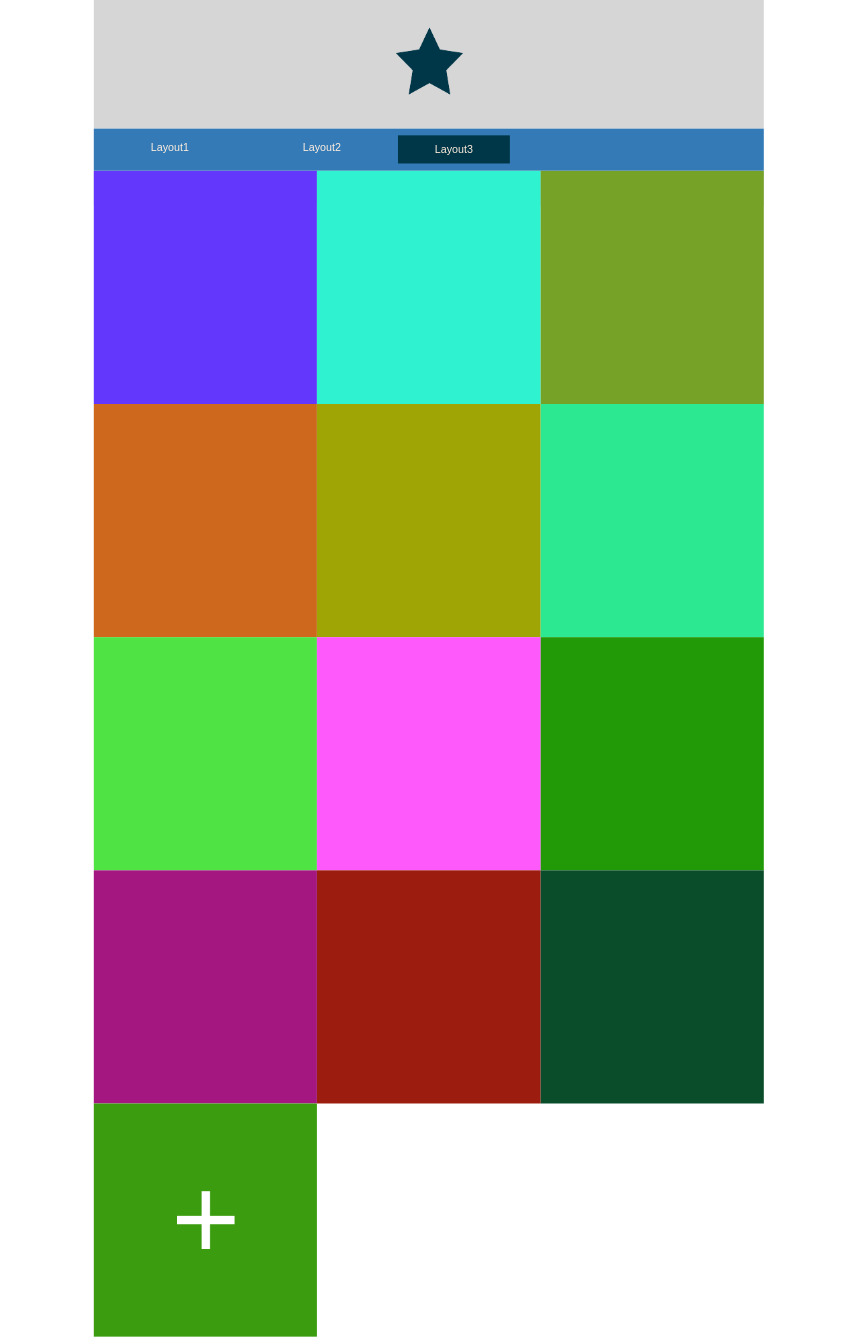
Repository: baliayassin/MyGame
Page: Documents/Aptana Studio 3 Workspace/homeWork2/layOut3.html
The author's editor kept a copy of each file at every save. The page is drawn from the files as they stood at one save, then again after the next save.
The browser window is 1280 px wide. The pictures show the whole page, at 67% of full size.
Some web libraries are served in a nearby version.

Above is the page before, as saved 2017-12-14 09:17:43.

### Documents/Aptana Studio 3 Workspace/homeWork2/layOut3.html
<!DOCTYPE html >
<html>



	<head>

		<title> HomeWork2</title>
		<link rel="stylesheet" href="includes/style.css" />
		<script src="https://code.jquery.com/jquery-3.2.1.min.js"
  integrity="sha256-hwg4gsxgFZhOsEEamdOYGBf13FyQuiTwlAQgxVSNgt4="
  crossorigin="anonymous"></script>
  <meta name="viewport" content="width=device-width,initial-scale=1">
		<script src="includes/main.js"></script>
		<meta charset="utf-8" />
	</head>

	<body id="wrapper3">

		<header>
	       <a href="layOut3.html"> </a>
        </header>



            <nav >
				<ul>
					<li> <a  href="index.html">Layout1 </a> </li>
					<li> <a  href="layOut2.html">Layout2 </a></li>
					<li> <span> <a  href="layOut3">Layout3 </a> </span></li>
				</ul>


			</nav>


  <main ></main>




	<div class="clear"></div>
     <footer> </footer>
	</body>




</html>

### Documents/Aptana Studio 3 Workspace/homeWork2/includes/style.css
*{
	margin:0px;
	padding: 0px;
}

main, nav, aside, footer, section, article, header {
	display:  block;

}

#wrapper {
	margin: 0px auto;
	width: 1000px;
}
#wrapper header{

	height:192px;
	background: #d6d6d6;

}

#wrapper header a{

	width:102px;
	height:102px;
	background-image:url("../images/star.png");
	position:relative;
	display:block;
	margin:0px auto;
	top: 40px;
    background-repeat: no-repeat;


}


#wrapper nav {

	height: 62px;
	background: #337AB7;

}

#wrapper nav ul{

	list-style-type: none;
	text-decoration: none;
	margin-left: 45px;

}

#wrapper nav ul li{

	float:left;

}

#wrapper nav a{

	display: inline-block;
	text-decoration: none;
	color: #ffeedd;
	font-family: Arial;



}

#wrapper nav span a{

	background:#003748;
	margin:10px auto;
	padding:12px 90px;


}
#wrapper nav li > a{

	margin:20px 85px;

}
#wrapper section{
	direction:rtl;
	display: inline-block;
	margin-top: 100px;
	vertical-align: top;


}
#wrapper section article{

	display:block;
	background: #62C462;
	margin-right: 25px;
	margin-left: 32px;
	margin-top: 30px;
}

#wrapper section article:first-child{

	height:121px;
	width:699px;


}
#wrapper section article:nth-child(2){

	height: 200px;
	width: 699px;


}
#wrapper section article:nth-child(3){

	height: 125px;
	width: 186px;


}

#wrapper aside{

	background: #EEEEEE;
	height: 697px;
	width: 240px;
	display: inline-block;

}

#wrapper aside article{

	background: #62C462;
	width:185px;
	height:126px;
	position: relative;
	margin-top: 264px;
	margin-left: 45px;


}

#wrapper footer{

	height:52px;
	background: #D6D6D6;
	margin-top:-4px;

}






/*********************************************************/



#wrapper2 {
	margin: 0px auto;
	width: 1000px;
}
#wrapper2 header{

	height:192px;
	background: #d6d6d6;

}

#wrapper2 header a{

	width:102px;
	height:102px;
	background-image:url("../images/star.png");
	position:relative;
	display:block;
	margin:0px auto;
    top: 40px;
    background-repeat: no-repeat;


}


#wrapper2 nav {

	width:146px;
	height: 759px;
	background: #337AB7;
    float:left;
    display: inline-block;
}




#wrapper2 nav ul {
	list-style-type: none;
}

#wrapper2 nav a{
	display: inline-block;
	text-decoration: none;
	color: #ffeedd;
	font-family: "Arial";
}

#wrapper2 nav li > a{
	margin-top: 6px;
	margin-bottom: 22px;
	margin-left: 6px;
}

#wrapper2 nav span a{
	background-color: #003748;
	padding-top: 18px;
	margin-bottom: 18px;
	padding-bottom: 18px;
	padding-left: 6px;
	width: 140px;
}


#wrapper2 aside{

	float:left;
	background-color: #eeeeee;
	width: 223px;
	height: 759px;
}

#wrapper2 aside article{

	background: #62C462;
	width:77px;
	height:66px;
	position: relative;
	margin-top: 261px;
	margin-left: 11px;


}


#wrapper2 section{

	display: inline-block;
	margin-top: 23px;



}

#wrapper2 section article:first-child{

	background:#62C462;
	margin-left:5px;
	height:508px;
	width:190px;
	float: left;


}

#wrapper2 section article:nth-child(2){

	background:#62C462;
	margin-left:30px;
	height:323px;
	width:190px;
	float:left;

}

#wrapper2 section article:nth-child(3){

	background:#62C462;
	margin-left:30px;
	height:123px;
	width:183px;
	float:left;

}


#wrapper2 section article p{

	background:#62C462;
	margin-left:220px;
	height:400px;
	width:190px;
	margin-top:345px;
	float:left
}


#wrapper2 footer{
	height: 52px;
	width: 1000px;
	position: fixed;
	bottom: 0px;
	background-color: #d6d6d6;
}

/*******************************************************/



#wrapper3 {
	margin: 0px auto;
	width: 1000px;
}
#wrapper3 header{

	height:192px;
	background: #d6d6d6;

}

#wrapper3 header a{

	width:102px;
	height:102px;
	background-image:url("../images/star.png");
	position:relative;
	display:block;
	margin:0px auto;
	top: 40px;
    background-repeat: no-repeat;


}


#wrapper3 nav {

	height: 63px;
	background: #337AB7;

}

#wrapper3 nav ul{

	list-style-type: none;
	text-decoration: none;
	margin-left: 45px;

}

#wrapper3 nav ul li{

	float:left;

}

#wrapper3 nav a{

	display: inline-block;
	text-decoration: none;
	color: #ffeedd;
	font-family: Arial;



}

#wrapper3 nav span a{

	background:#003748;
	margin:10px auto;
	padding:12px 90px;


}
#wrapper3 nav li > a{

	margin:20px 85px;

}





#wrapper3 footer{

	height:52px;
	background: #D6D6D6;
    bottom: 0px;

}

#wrapper3 .box{

    float: left;
    width: 333.33px;
    height: 348px;


   }



#wrapper3 .box.plus{
            background: url(../images/white_plus.png) center no-repeat;
        }

#wrapper3 .box.star {

     background: url(../images/white_star.png) center no-repeat;
}

 @media only screen and (min-width: 1000px) {

        #wrapper3 {width:1000px;}
    }
 @media only screen and (max-width:1000px){
    	#wrapper3 {width:666.66px;}

   	}
    	 #wrapper3 nav ul{
    	 	margin-left: 0px;
    	}
    	 #wrapper3 nav span a{padding:12px 55px;}
    }

.clear{

	clear: both;
}

### Documents/Aptana Studio 3 Workspace/homeWork2/includes/main.js
$("document").ready(function () {


    for (var i = 0; i < (25/2); i++)
        $("main").append(createArticle());
        $("main article:last").addClass("plus");

    $("main").on("click", ".box:not(.plus)", showStar);
    $(".box.plus").click(addArticle);
})

function addArticle() {
    $("main").prepend(createArticle());
}

function showStar() {

    $(this).toggleClass("star");
}

function createArticle() {
    var newArticle = $("<article/>");
    newArticle.addClass("box");
    var color='#' + (0x1000000 + (Math.random()) * 0xffffff).toString(16).substr(1, 6);
    newArticle.css("background-color", color);
    return newArticle;
}

After the next save:
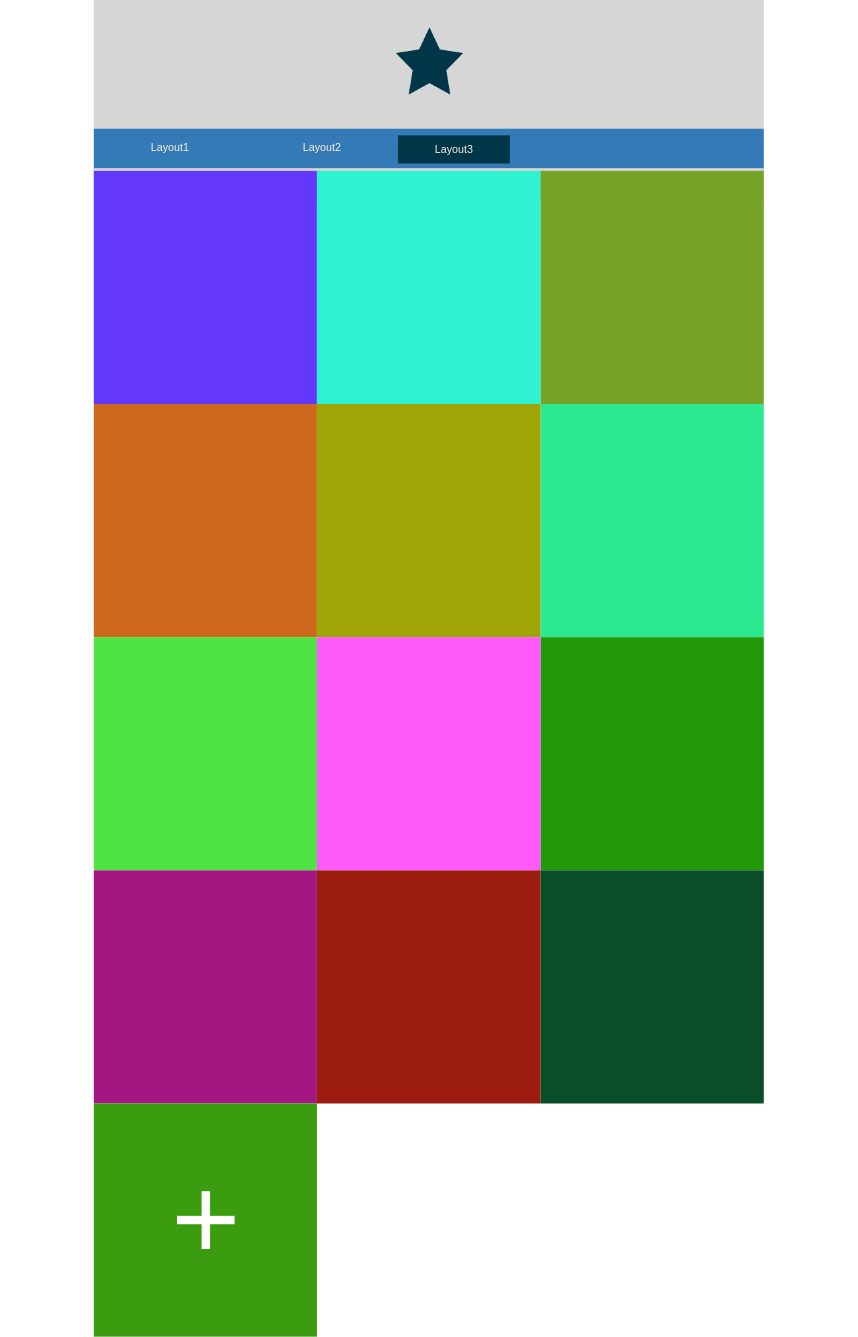
Saved 66 s later.
--- a/Documents/Aptana Studio 3 Workspace/homeWork2/layOut3.html
+++ b/Documents/Aptana Studio 3 Workspace/homeWork2/layOut3.html
@@ -41,6 +41,7 @@
 
 	<div class="clear"></div>
      <footer> </footer>
+
 	</body>
 
 
--- a/Documents/Aptana Studio 3 Workspace/homeWork2/includes/style.css
+++ b/Documents/Aptana Studio 3 Workspace/homeWork2/includes/style.css
@@ -386,7 +386,7 @@
 
 	height:52px;
 	background: #D6D6D6;
-    bottom: 0px;
+    margin-top: -4px;
 
 }
 

After the save that followed:
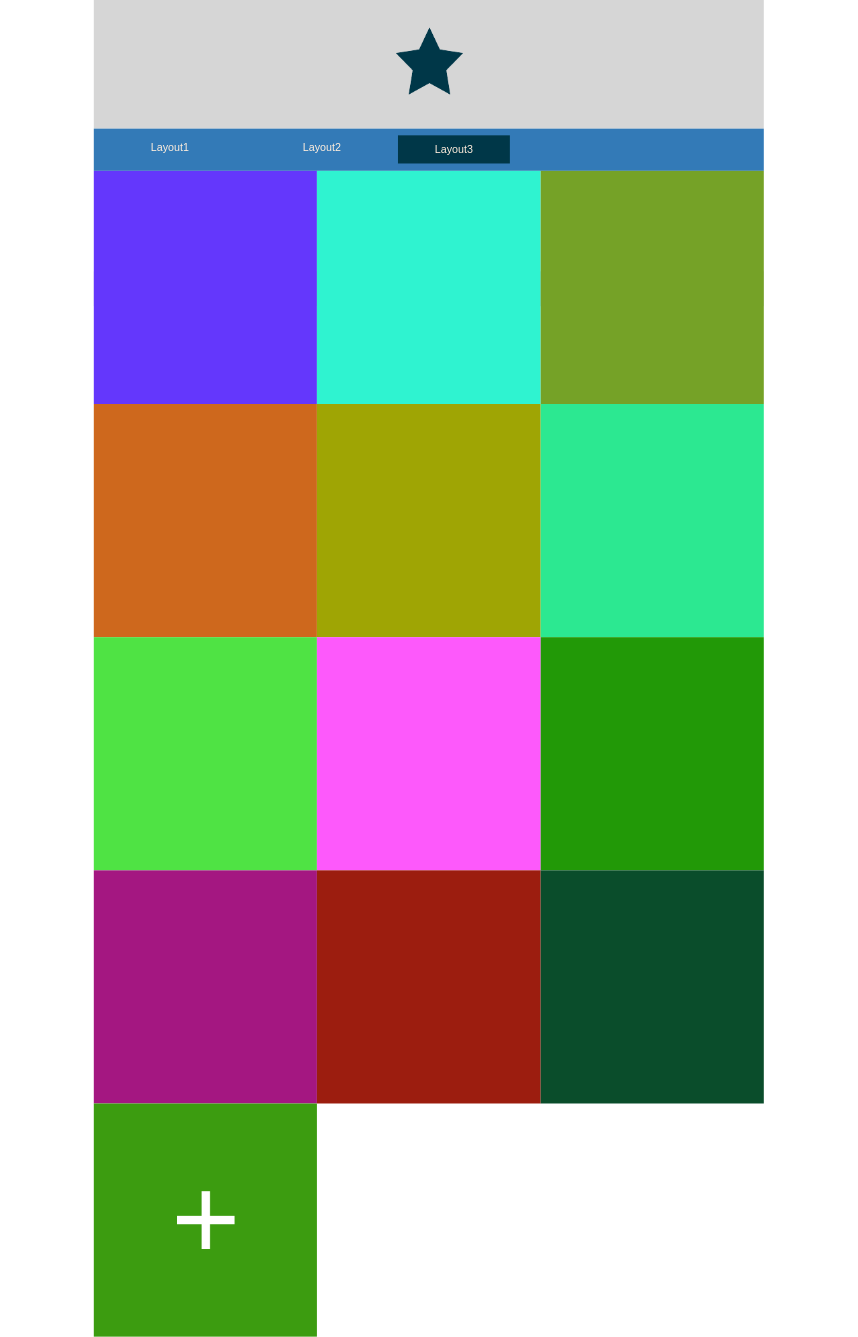
Saved 17 s later.
--- a/Documents/Aptana Studio 3 Workspace/homeWork2/includes/style.css
+++ b/Documents/Aptana Studio 3 Workspace/homeWork2/includes/style.css
@@ -386,7 +386,7 @@
 
 	height:52px;
 	background: #D6D6D6;
-    margin-top: -4px;
+    margin-top: 150px;
 
 }
 
